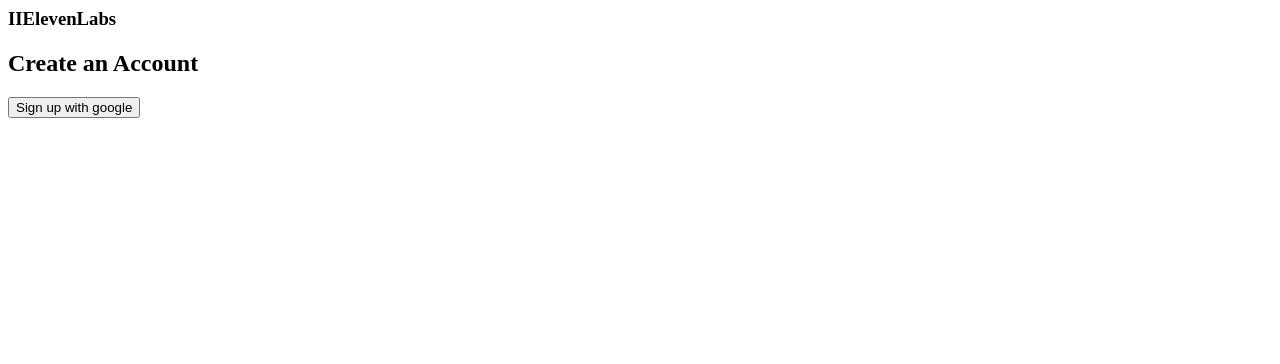
Repository: RohanSai22/harkirat-cohort-learnings
Page: Web/w1_a.html
The author's editor kept a copy of each file at every save. The page is drawn from the files as they stood at one save, then again after the next save.
The browser window is 1280 px wide. The pictures show the whole page.

Above is the page before, as saved 2026-03-24 09:55:56.

After the next save:
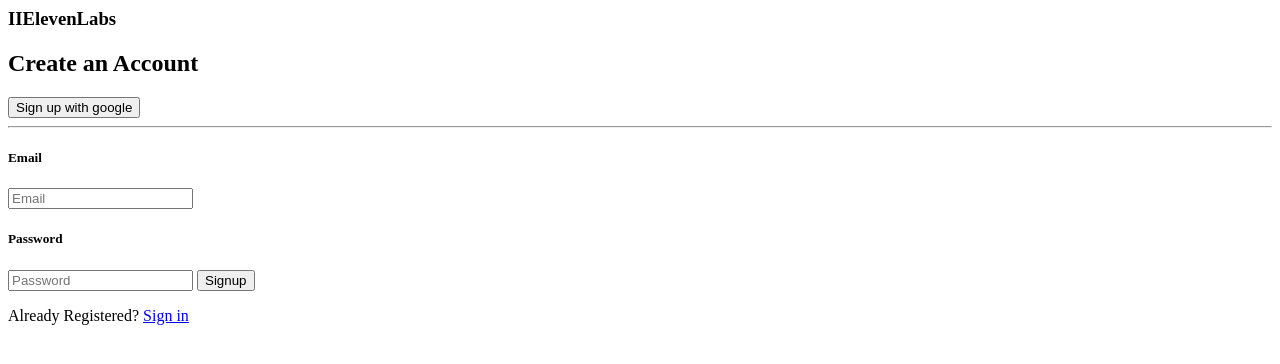
Saved 4 min 18 s later.
--- a/Web/w1_a.html
+++ b/Web/w1_a.html
@@ -9,6 +9,16 @@
         <div>
             <h2>Create an Account</h2>
             <button onclick="window.location.href='https://www.gmail.com'">Sign up with google</button>
+            <hr>
+            <h5>Email</h5>
+            <input type="email" placeholder="Email"/>
+            <h5>Password</h5>
+            <input type="password" placeholder="Password"/>
+            <button>Signup</button>
+            <p>
+                Already Registered?
+                <a href="https://www.gmail.com">Sign in</a>
+            </p>
 
         </div>
     </body>
